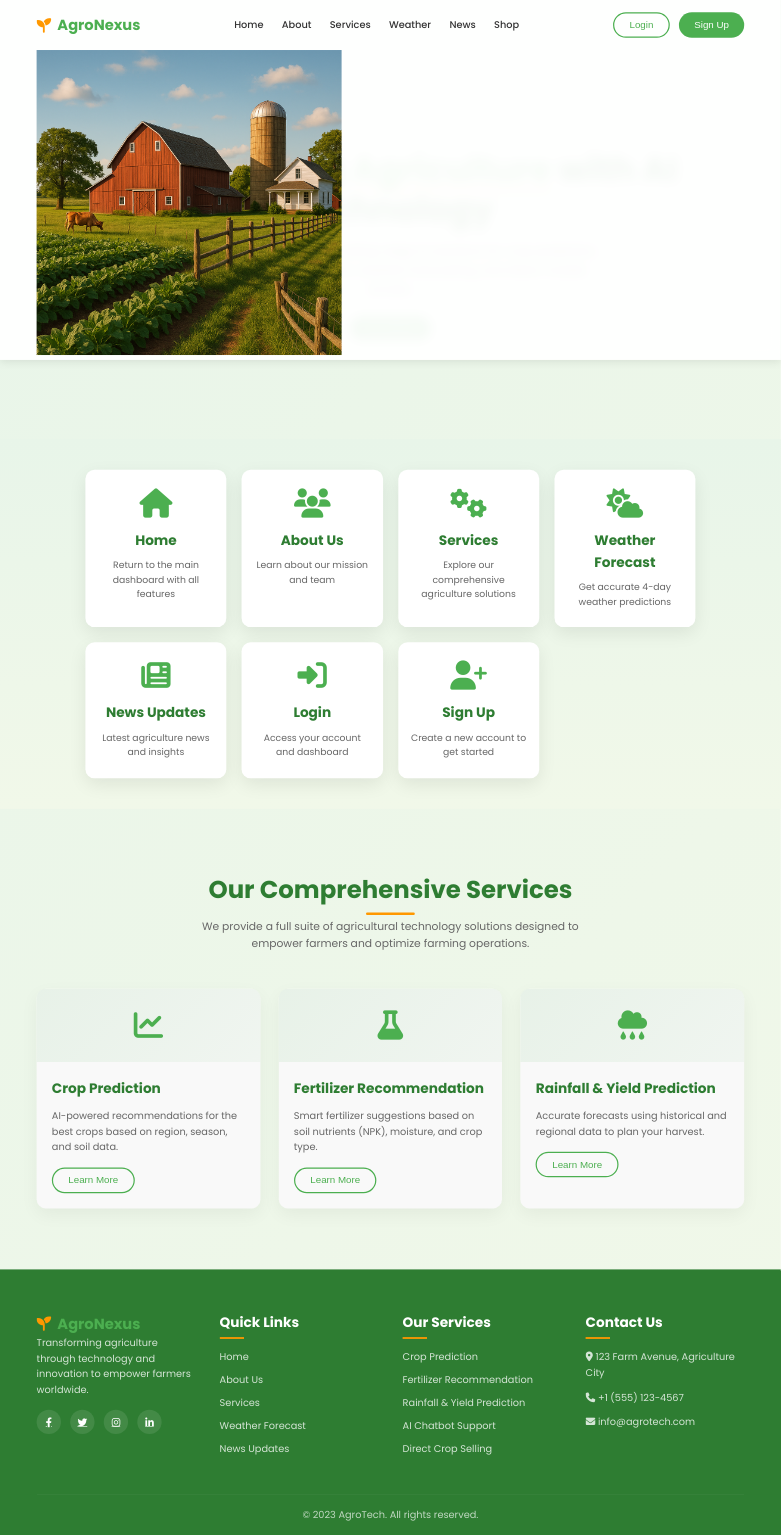
Repository: Sanika-ce/AgroNexus
Page: home.html
These files come from the project's save history. The page is drawn as it stood at one moment and after the next save; the edit follows.
The browser window is 1280 px wide. The pictures show the whole page, at 61% of full size.

Above is the page before, as saved 2025-08-02 14:53:24.

After the next save:
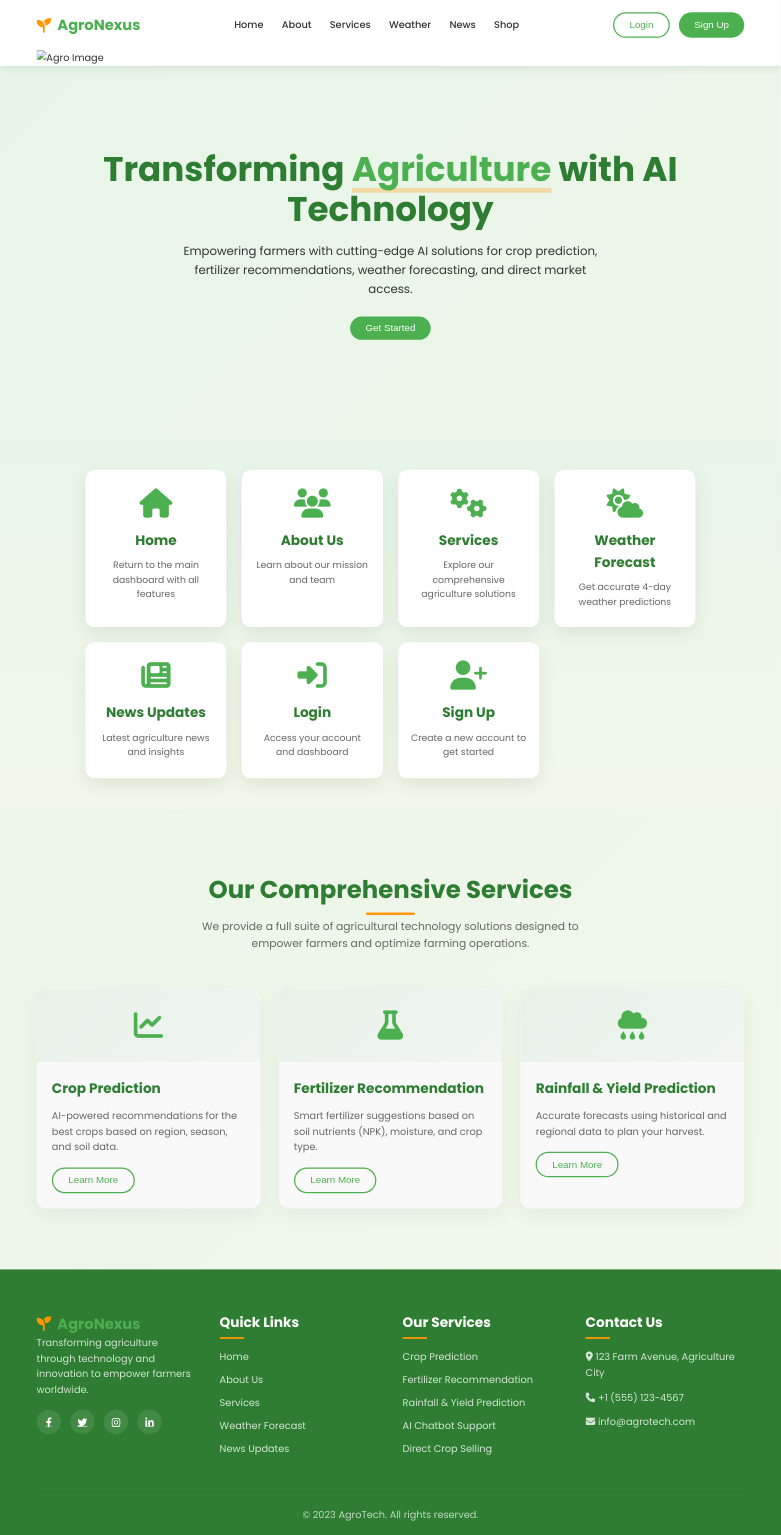
Not found: AgroNexus/image/agro.png
Saved 2 min 39 s later.
--- a/home.html
+++ b/home.html
@@ -39,7 +39,7 @@
                     <i class="fas fa-bars"></i>
                 </div>
             </nav>
-            <img src="agro.png" alt="Agro Image" width="500">
+            <img src="AgroNexus\image\agro.png" alt="Agro Image" width="500">
         </div>
     </header>
 

After the 3 saves that followed:
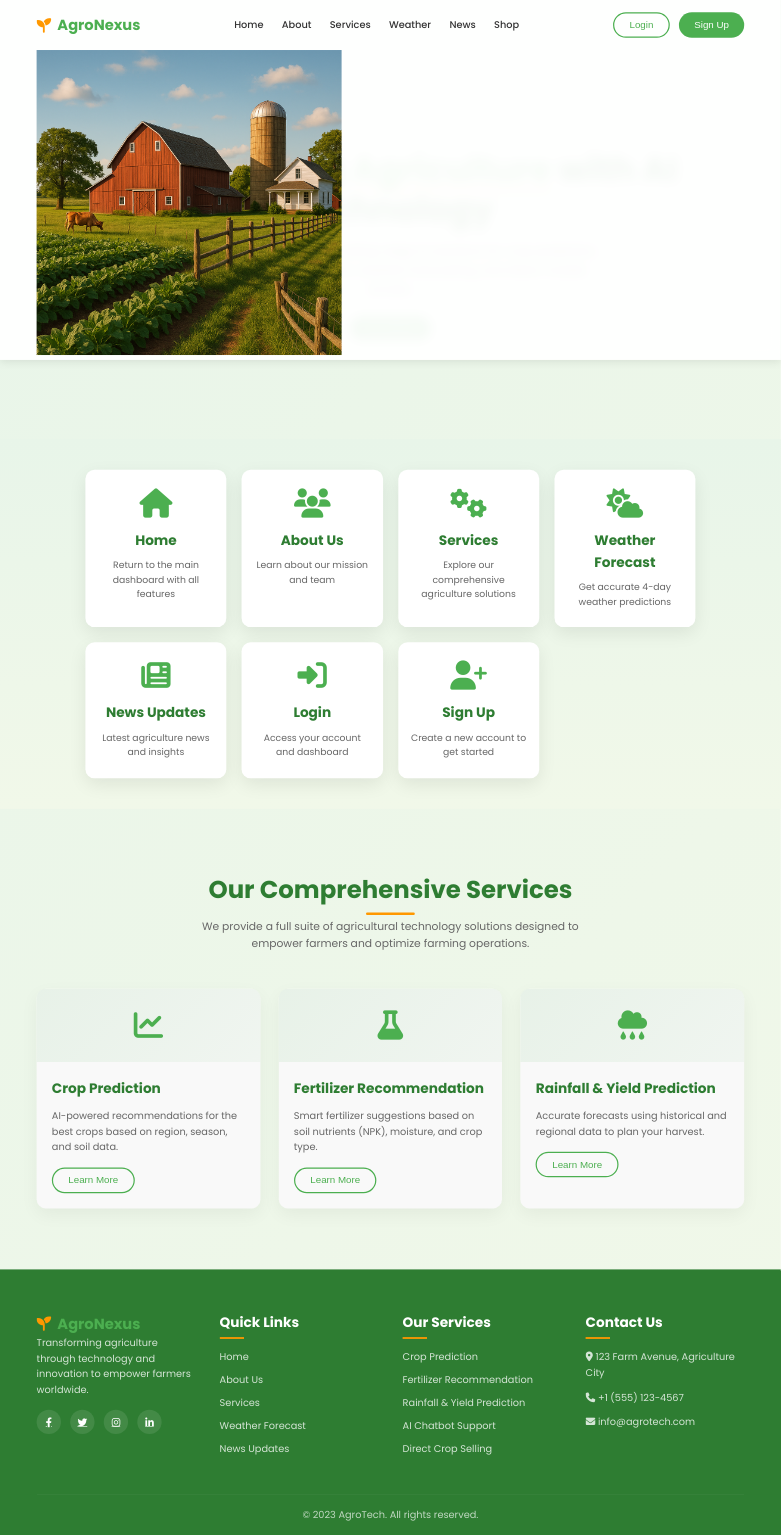
The 3 saves are shown as one change because 2 left the picture as it was.
The last was saved 3 min 21 s later.
--- a/home.html
+++ b/home.html
@@ -39,7 +39,7 @@
                     <i class="fas fa-bars"></i>
                 </div>
             </nav>
-            <img src="AgroNexus\image\agro.png" alt="Agro Image" width="500">
+            <img src="image/agro.png" alt="Agro Image" width="500">
         </div>
     </header>
 
